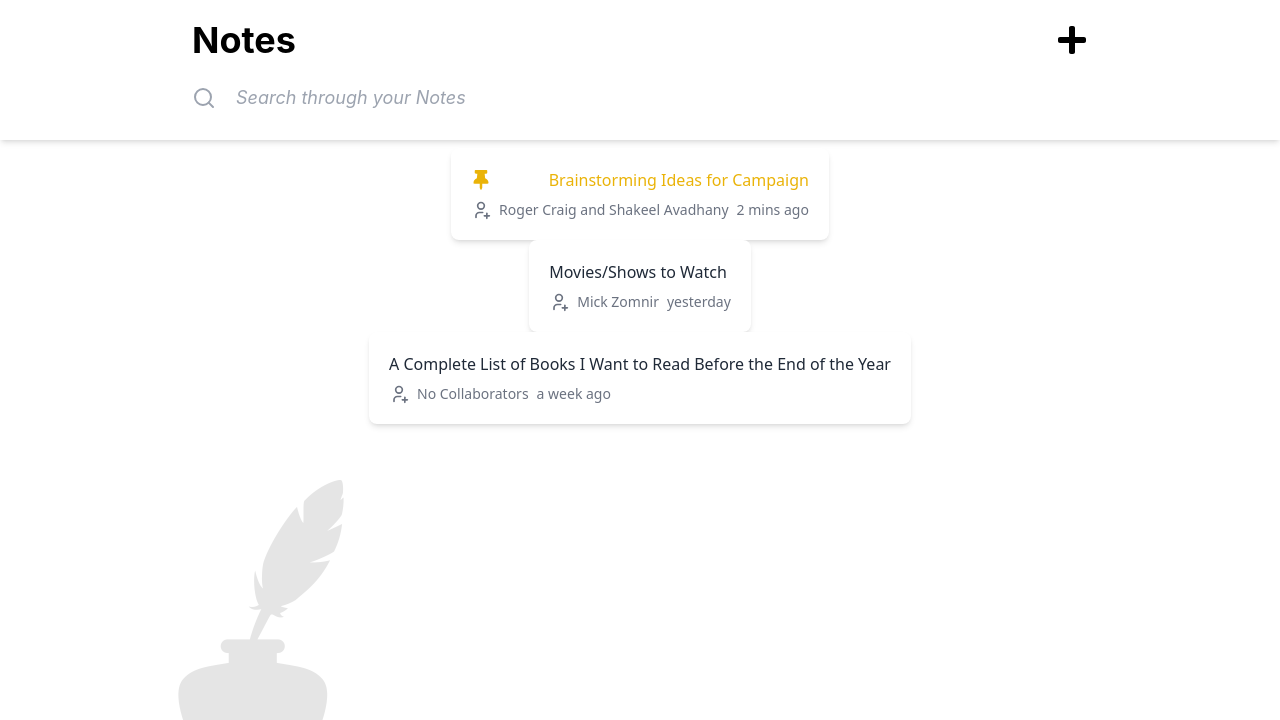
Repository: shabiasaeed/Notes-app
Page: /
The author's editor kept a copy of each file at every save. The page is drawn from the files as they stood at one save, then again after the next save.
The browser window is 1280 px wide. The pictures show the whole page.
The project was rebuilt for these pictures with package versions that can differ from the ones it lists, and the page was loaded fresh each time. Also part of the build but not shown: src/components/Header.css, src/components/Note.css, src/App.css.

Above is the page before, as saved 2025-01-01 18:30:34.

After the next save:
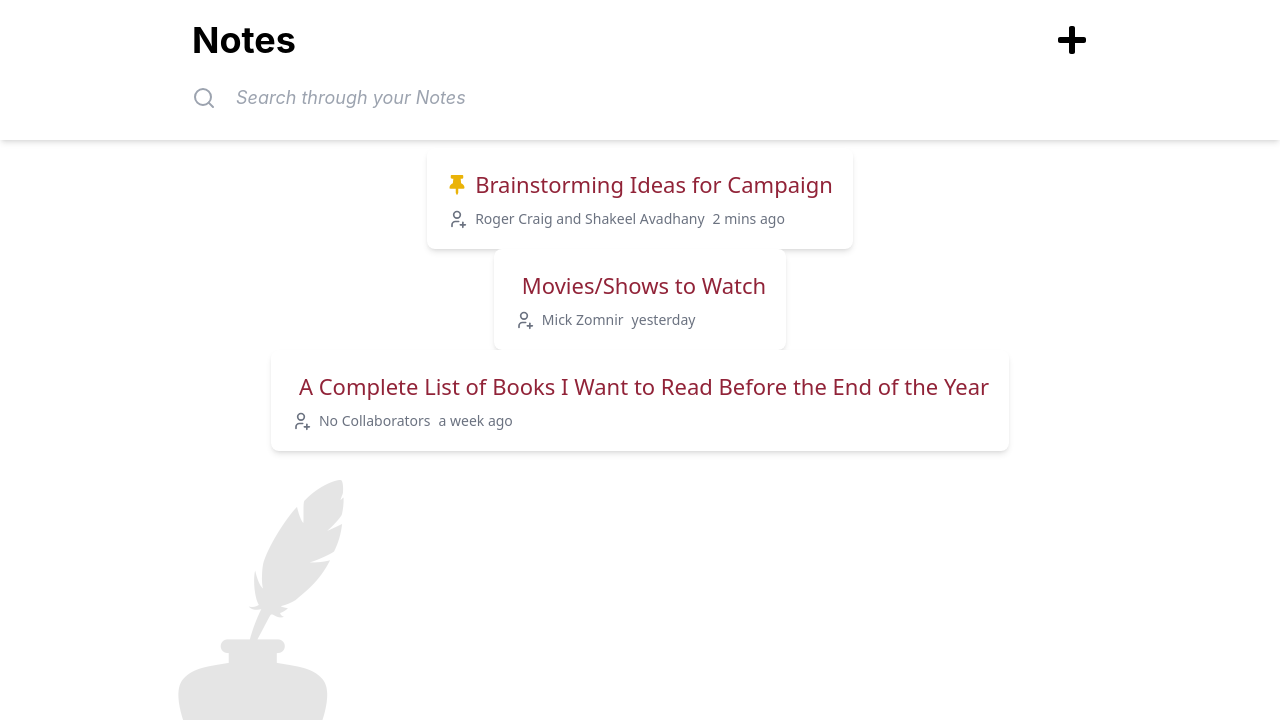
Saved 2 min 4 s later.
--- a/src/components/Note.js
+++ b/src/components/Note.js
@@ -15,7 +15,7 @@ const Note = ({ title, author, time, pinned, onDelete, onPinToggle }) => {
     <div className="p-5 rounded-lg bg-white shadow-md hover:shadow-lg flex flex-col gap-2 cursor-pointer" onMouseEnter={() => setIsHovered(true)} onMouseLeave={() => setIsHovered(false)}>
       <div className={`flex justify-between items-center ${pinned ? 'text-yellow-500' : 'text-gray-800'}`}>
       {pinned ? (<FaThumbtack className="w-5 h-5 cursor-pointer" onClick={() => onPinToggle(title)}/>) : (isHovered && (<TbPinned className="w-5 h-5 cursor-pointer" onClick={() => onPinToggle(title)}/>))}
-        <h2>{title}</h2>
+        <h2  className="ml-2 text-[22px] text-[#912338]">{title}</h2>
         {isHovered && (<FiTrash className="w-5 h-5 text-red-500 cursor-pointer" onClick={() => onDelete(title)}/>)}
       </div>
       <div className="flex items-center gap-2 text-sm text-gray-500">
